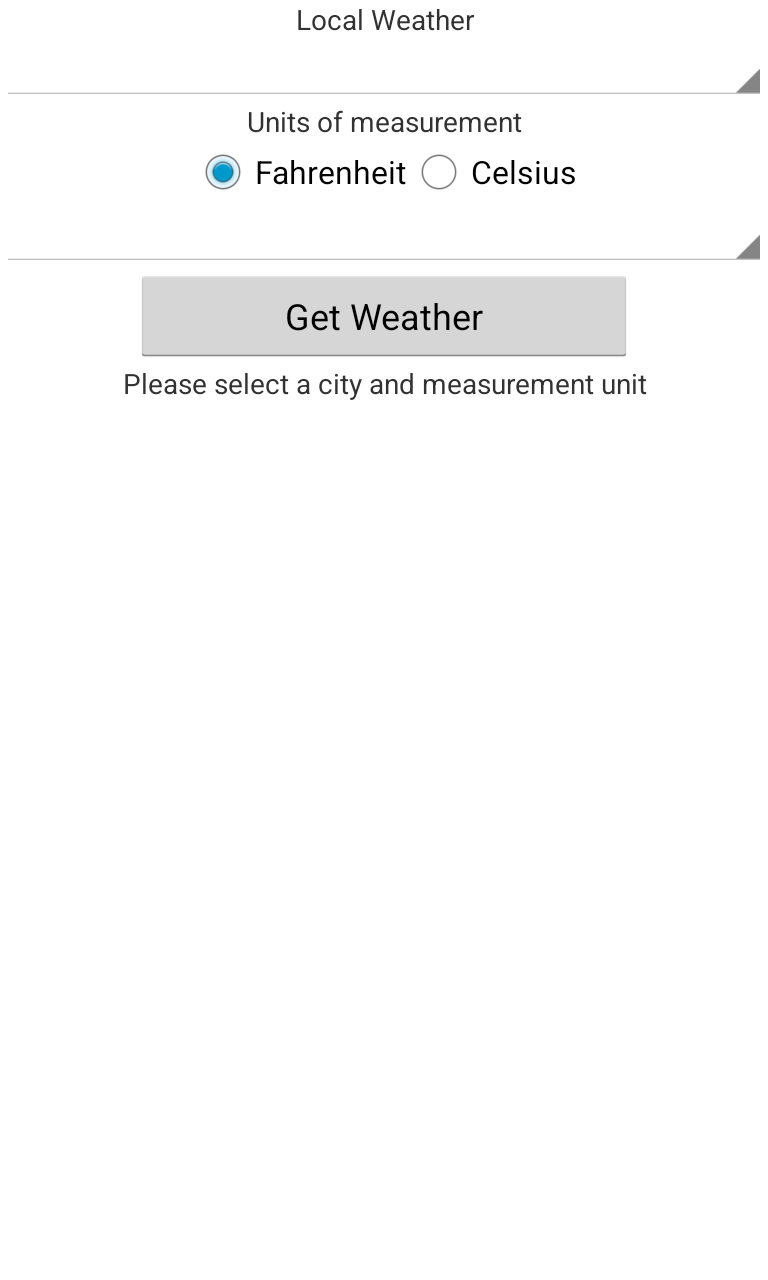
Repository: efreestone/Java1
Layout: Java1Project4/res/layout/activity_main.xml
These files come from the project's save history. The layout is drawn as it stood at one moment and after the next save; the edit follows.
It is drawn on a 768 x 1280 px phone screen (xhdpi) without system bars, with theme AppTheme; the app's code is not run.

Above is the layout before, as saved 2014-03-25 22:17:41.

### Java1Project4/res/layout/activity_main.xml
<?xml version="1.0" encoding="utf-8"?>
<LinearLayout xmlns:android="http://schemas.android.com/apk/res/android"
    android:layout_width="match_parent"
    android:layout_height="match_parent"
    android:orientation="vertical" >

    <!-- Top Linear Layout with controls -->
    <!-- <LinearLayout
        android:layout_width="match_parent"
        android:layout_height="wrap_content"
        android:orientation="horizontal"> -->

        <!-- Title -->
        <TextView
            android:id="@+id/titleView"
            android:layout_width="match_parent"
            android:layout_height="wrap_content"
            android:gravity="center"
            android:text="@string/titleString"/>

        <!-- City Spinner -->
        <Spinner
            android:id="@+id/citySpinner"
            android:layout_width="match_parent"
            android:layout_height="wrap_content"/>

        <!-- Measurement Title -->
        <TextView
            android:id="@+id/measureTitleView"
            android:layout_width="match_parent"
            android:layout_height="wrap_content"
            android:gravity="center"
            android:text="@string/measureTitleString"/>

        <!-- Measurement Radio Buttons -->
        <RadioGroup
            android:id="@+id/tempUnitRadioGroup"
            android:layout_width="wrap_content"
            android:layout_height="wrap_content"
            android:layout_gravity="center"
            android:orientation="horizontal" >

            <RadioButton
                android:id="@+id/fahrenheitRadio"
                android:layout_width="match_parent"
                android:layout_height="wrap_content"
                android:text="@string/fahrenheitString"
                android:checked="true"/>

            <RadioButton
                android:id="@+id/celsiusRadio"
                android:layout_width="match_parent"
                android:layout_height="wrap_content"
                android:text="@string/celsiusString"/>
        </RadioGroup>

        <!-- Current Spinner -->
        <Spinner
            android:id="@+id/currentSpinner"
            android:layout_width="match_parent"
            android:layout_height="wrap_content"/>

        <!-- Get Weather Button -->
        <Button
            android:id="@+id/weatherButton"
            android:layout_width="wrap_content"
            android:layout_height="wrap_content"
            android:layout_gravity="center"
            android:width="250dp"
            android:text="@string/weatherButtonString"/>

	<!-- </LinearLayout> -->

	<!-- Bottom Gridlayout for temp display -->

        <!-- Display Temp -->
        <TextView
            android:id="@+id/displayTempView"
            android:layout_width="match_parent"
            android:layout_height="wrap_content"
            android:gravity="center"
            android:text="@string/displayTempString"/>


</LinearLayout>

### Java1Project4/res/values/strings.xml
<?xml version="1.0" encoding="utf-8"?>
<resources>

    <string name="app_name">Java1Project4</string>
    <string name="action_settings">Settings</string>
    <string name="hello_world">Hello world!</string>

    <!-- Title and button strings -->
    <string name="titleString">Local Weather</string>
    <string name="measureTitleString">Units of measurement</string>
    <string name="weatherButtonString">Get Weather</string>
    <string name="displayTempString">Please select a city and measurement unit</string>

    <!-- Connection Alert strings -->
    <string name="noConnectionTitle">Connection Error</string>
    <string name="noConnectionAlert">This application requires internet access. Please check your network connection and try again.</string>

    <!-- Main URL strings -->
    <string name="mainURLString">http://api.wunderground.com/api/8204b5c9bf753afb/</string>
    <string name="conditionsURLString">conditions/q/</string>
    <string name="forecastURLString">forecast/q/</string>
    <!-- City URL strings -->
    <string name="lovelandString">CO/Loveland.json</string>
    <string name="losAngelesString">CA/Los_Angeles.json</string>
    <string name="newYorkString">NY/New_York.json</string>
    <string name="chicagoString">IL/Chicago.json</string>
    <string name="orlandoString">FL/Orlando.json</string>

    <!-- Radio Button Text -->
    <string name="fahrenheitString">Fahrenheit</string>
    <string name="celsiusString">Celsius</string>

    <!-- Cities array for first spinner -->
    <string-array name="cities_array">
        <item >Loveland</item>
        <item >Los Angeles</item>
        <item >New York</item>
        <item >Chicago</item>
        <item >Orlando</item>
    </string-array>

    <!-- Array for second spinner -->
    <string-array name="current_forecast">
        <item >Current Weather</item>
        <item >3-day Forecast</item>
    </string-array>

</resources>

Loaded but not shown: Java1Project4/res/values/styles.xml (common file); Java1Project4/res/values-v11/styles.xml (common file); Java1Project4/res/values-v14/styles.xml (common file)

After the next save:
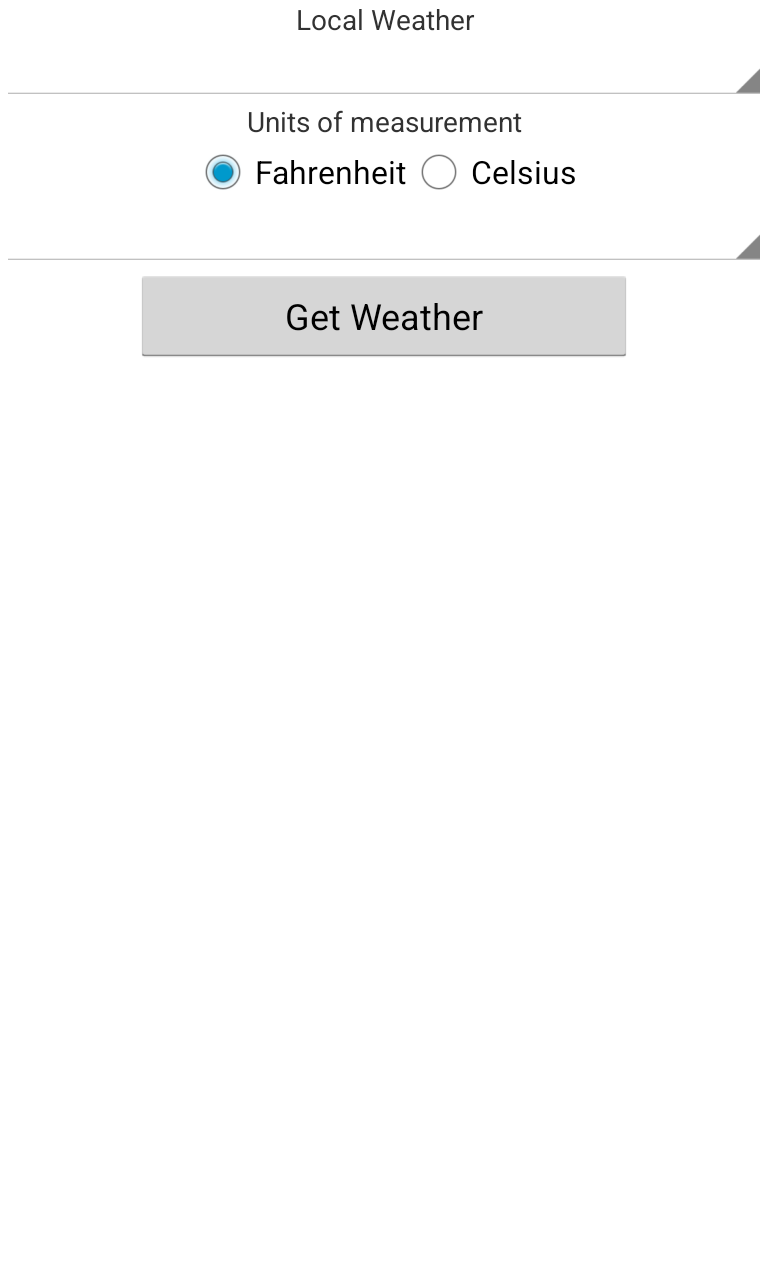
Saved 50 s later.
--- a/Java1Project4/res/layout/activity_main.xml
+++ b/Java1Project4/res/layout/activity_main.xml
@@ -72,6 +72,7 @@
 	<!-- </LinearLayout> -->
 
 	<!-- Bottom Gridlayout for temp display -->
+	<GridLayout >
 
         <!-- Display Temp -->
         <TextView
@@ -81,5 +82,7 @@
             android:gravity="center"
             android:text="@string/displayTempString"/>
 
+	</GridLayout>
+
 
 </LinearLayout>

After the save that followed:
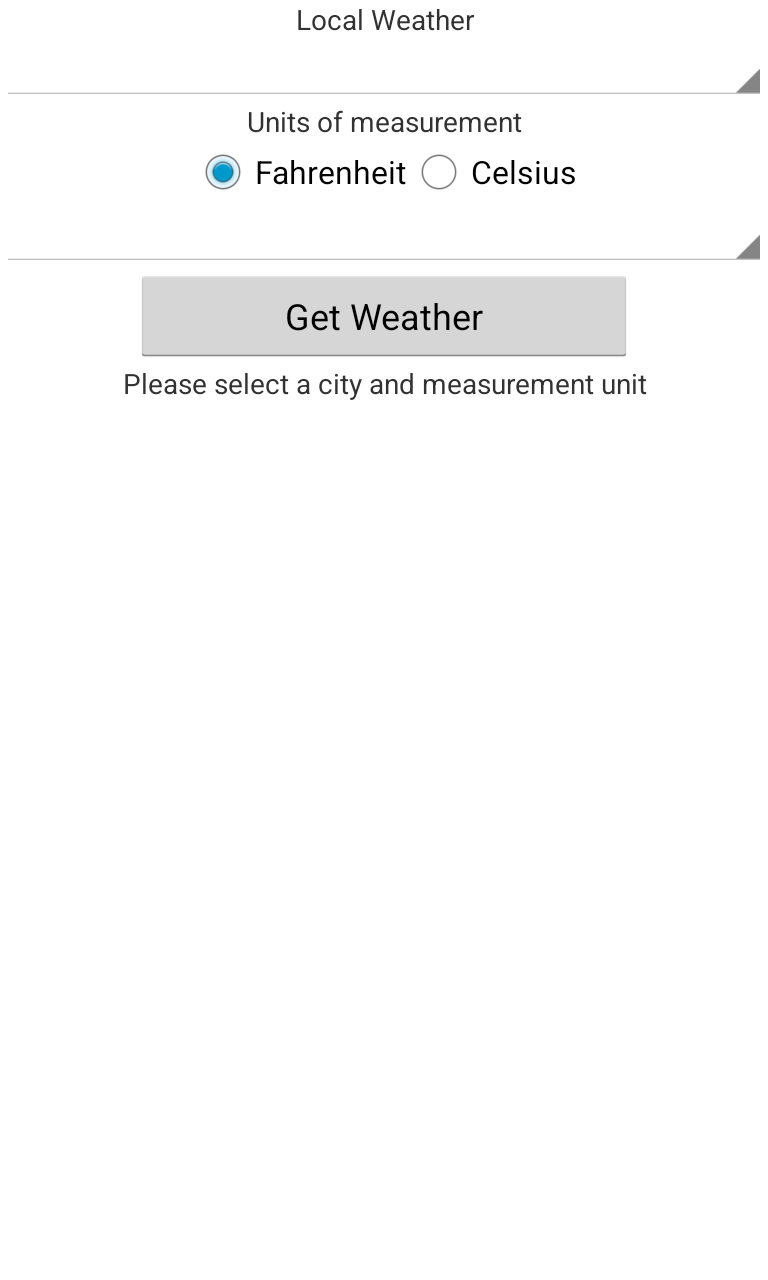
Saved 2 min 11 s later.
--- a/Java1Project4/res/layout/activity_main.xml
+++ b/Java1Project4/res/layout/activity_main.xml
@@ -72,7 +72,10 @@
 	<!-- </LinearLayout> -->
 
 	<!-- Bottom Gridlayout for temp display -->
-	<GridLayout >
+	<GridLayout
+	    android:id="@+id/tempGrid"
+	    android:layout_width="match_parent"
+	    android:layout_height="wrap_content">
 
         <!-- Display Temp -->
         <TextView
